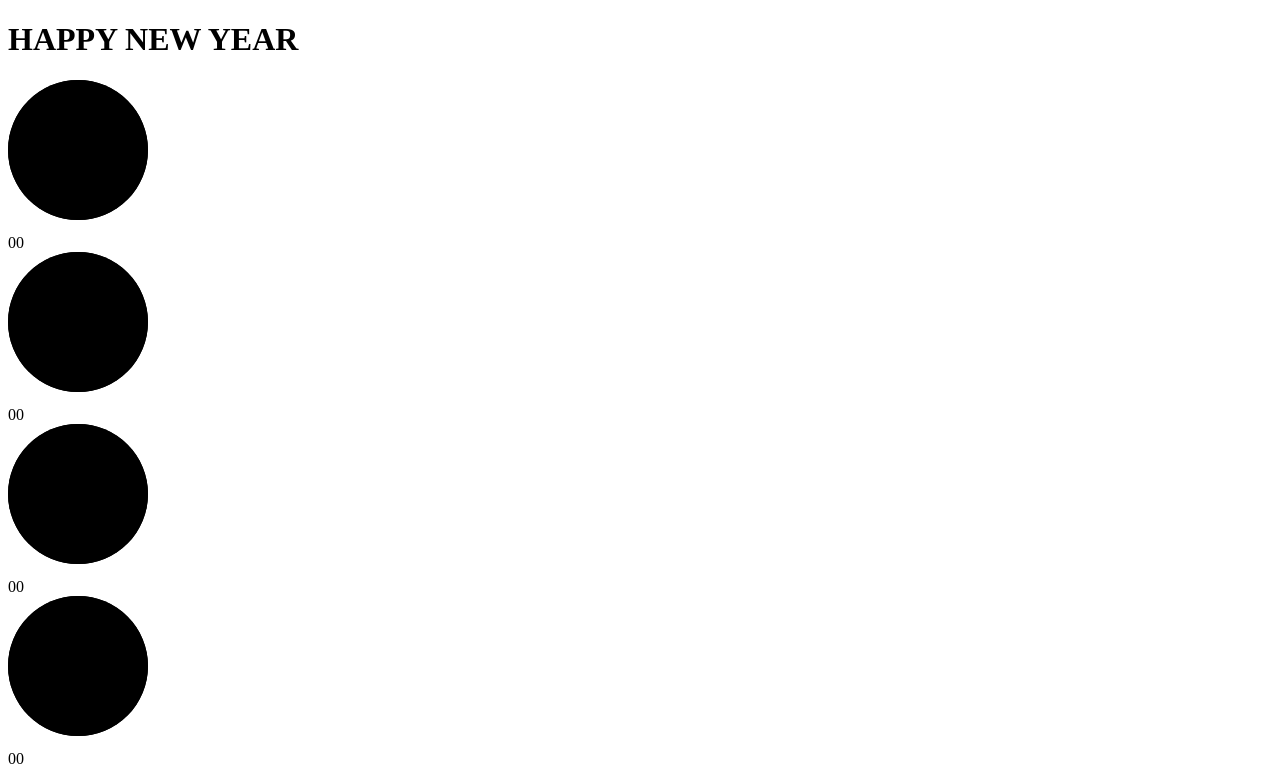
Repository: northpx/happyNY
Page: index.html
An editor plug-in stored every save of this project. The page is shown before and after the next save, followed by the edit.
The browser window is 1280 px wide. The pictures show the whole page.

Above is the page before, as saved 2022-12-31 10:39:11.

### index.html
<!DOCTYPE html>
<html lang="en">
<head>
    <meta charset="UTF-8">
    <meta http-equiv="X-UA-Compatible" content="IE=edge">
    <meta name="viewport" content="width=device-width, initial-scale=1.0">
    <title>Document</title>
</head>
<body>
    <h1>HAPPY NEW YEAR</h1>
    <div class="circle" style="--clr:#fff">
        <div class="dots day_dot">
            <svg>
                <circle cx="70" cy="70" r="70"></circle>
                <circle cx="70" cy="70" r="70" id="dd"></circle>
            </svg>
            <div id="days">00</div>
        </div>
    </div>

    <div class="circle" style="--clr:#fff">
        <div class="dots hr_dot">
            <svg>
                <circle cx="70" cy="70" r="70"></circle>
                <circle cx="70" cy="70" r="70" id="hh"></circle>
            </svg>
            <div id="hours">00</div>
        </div>
    </div>

    <div class="circle" style="--clr:#fff">
        <div class="dots min_dot">
            <svg>
                <circle cx="70" cy="70" r="70"></circle>
                <circle cx="70" cy="70" r="70" id="mm"></circle>
            </svg>
            <div id="minutes">00</div>
        </div>
    </div>

    <div class="circle" style="--clr:#fff">
        <div class="dots sec_dot">
            <svg>
                <circle cx="70" cy="70" r="70"></circle>
                <circle cx="70" cy="70" r="70" id="ss"></circle>
            </svg>
            <div id="seconds">00</div>
        </div>
    </div>
</body>
<script src="script.js">
</script>
</html>

### script.js

//thong dich
//quote
// ??
//use strict
//
//biginteger
//conversion(number, bool)

After the next save:
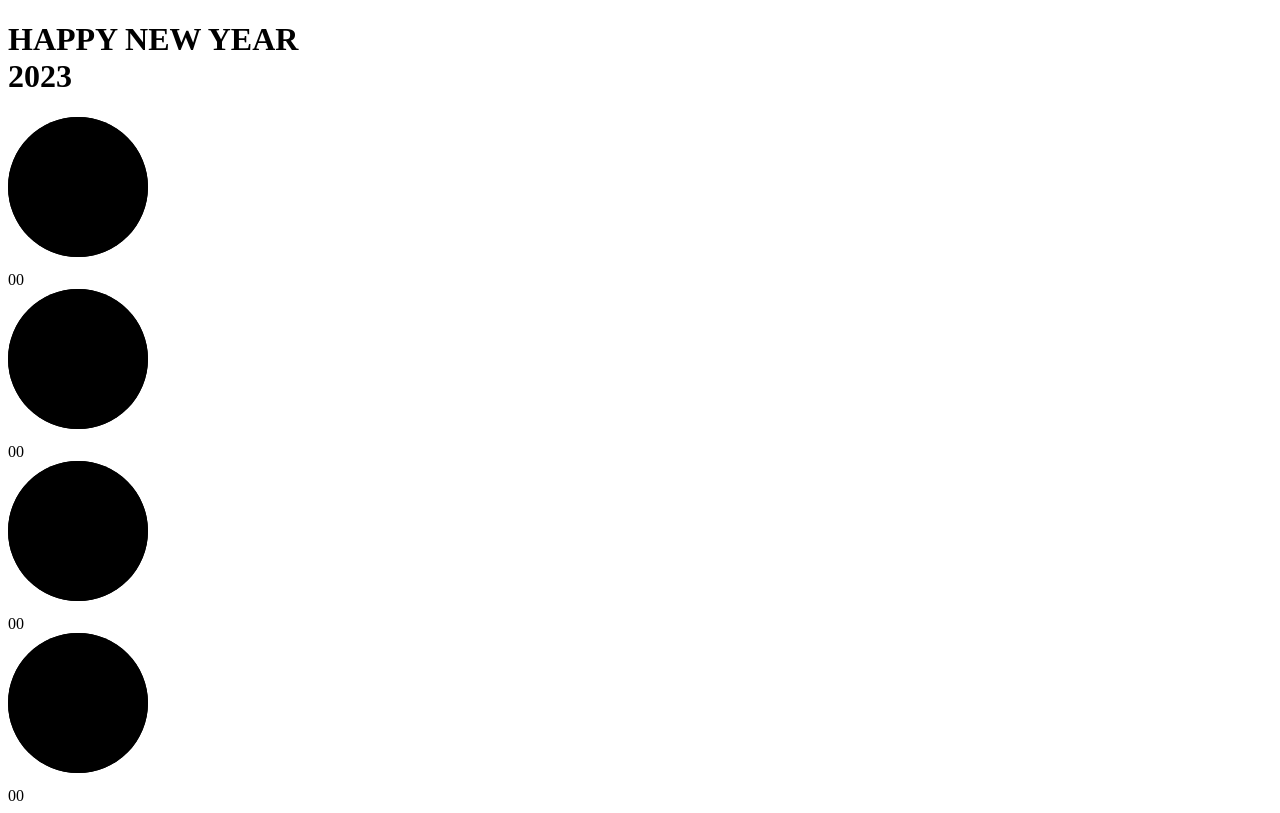
Saved 10 s later.
--- a/index.html
+++ b/index.html
@@ -7,7 +7,7 @@
     <title>Document</title>
 </head>
 <body>
-    <h1>HAPPY NEW YEAR</h1>
+    <h1>HAPPY NEW YEAR <br>2023</h1>
     <div class="circle" style="--clr:#fff">
         <div class="dots day_dot">
             <svg>
